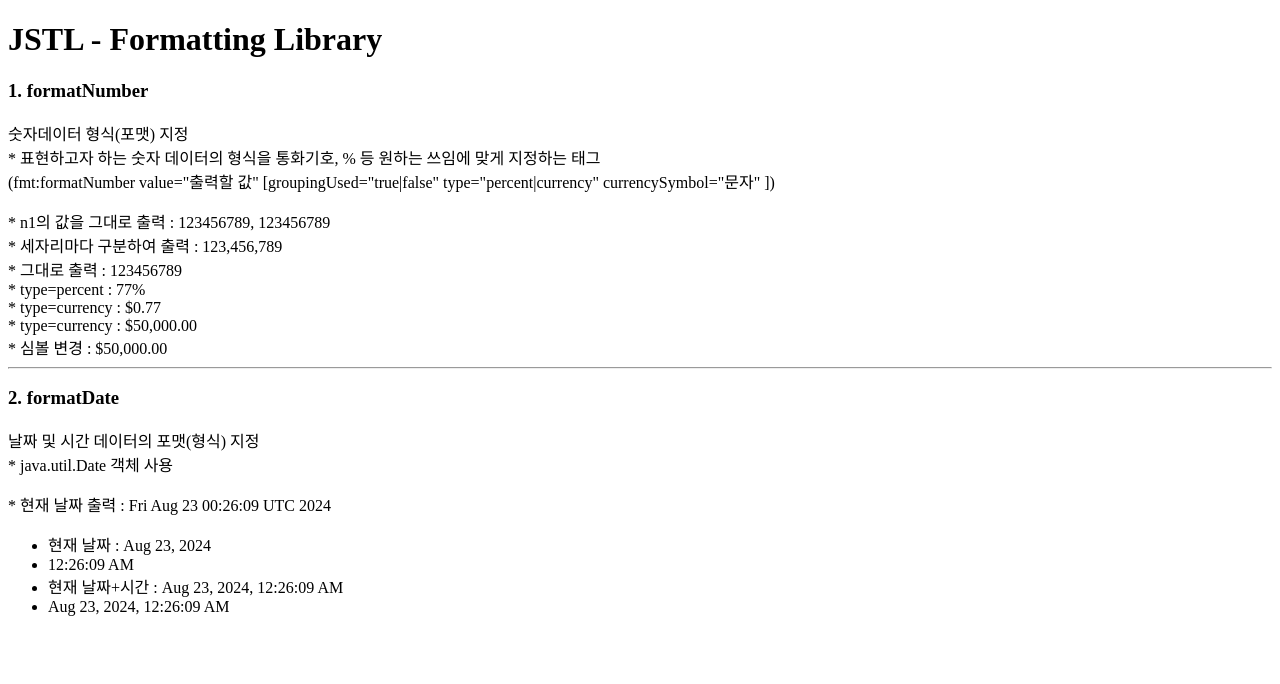
Repository: hailey-516/servlet
Page: http://localhost/3_elAction/views/3_Custom_Action/02_fmt.jsp
These files come from the project's save history. The page is drawn as it stood at one moment and after the next save; the edit follows.
The browser window is 1280 px wide. The pictures show the whole page.
The page is served by Tomcat 9. Other server files are loaded and not shown.

Above is the page before, as saved 2024-08-28 02:03:37.

### 3_elAction/src/main/webapp/views/3_Custom_Action/02_fmt.jsp
<%@ page language="java" contentType="text/html; charset=UTF-8"
    pageEncoding="UTF-8"%>
<%@ taglib prefix="c" uri="http://java.sun.com/jsp/jstl/core" %>
<%@ taglib prefix="fmt" uri="http://java.sun.com/jsp/jstl/fmt" %>
<!DOCTYPE html>
<html>
<head>
<meta charset="UTF-8">
<title>JSTL - fmt</title>
</head>
<body>
	<h1>JSTL - Formatting Library</h1>

	<h3>1. formatNumber</h3>
	<p>
		숫자데이터 형식(포맷) 지정 <br>
		* 표현하고자 하는 숫자 데이터의 형식을 통화기호, % 등 원하는 쓰임에 맞게 지정하는 태그 <br>

		(fmt:formatNumber value="출력할 값" [groupingUsed="true|false"
											type="percent|currency"
											currencySymbol="문자"
										])
	</p>

	<%-- n1, n2, n3 변수에 각각 123456789, 0.77, 50000이라는 값을 저장 --%>
	<c:set var="n1" value="123456789" />
	<c:set var="n2" value="0.77" />
	<c:set var="n3" value="50000" />

	* n1의 값을 그대로 출력 : <c:out value="${ n1 }" />, ${ n1 } <br>
	* 세자리마다 구분하여 출력 : <fmt:formatNumber value="${ n1 }" />
	<%-- groupingUsed 속성의 기본값: true --%> <br>
	* 그대로 출력 : <fmt:formatNumber value="${ n1 }" groupingUsed="false" /> <br>

	* type=percent : <fmt:formatNumber value="${ n2 }" type="percent" /> <br>
	* type=currency : <fmt:formatNumber value="${ n2 }" type="currency" /> <br>

	* type=currency : <fmt:formatNumber value="${ n3 }" type="currency" /> <br>
	* 심볼 변경 : <fmt:formatNumber value="${ n3 }" type="currency" currencySymbol="$" /> <br>

	<hr>

	<h3>2. formatDate</h3>
	<p>
		날짜 및 시간 데이터의 포맷(형식) 지정 <br>
		* java.util.Date 객체 사용
	</p>

	<%-- today라는 변수에 현재 날짜 데이터를 저장 --%>
	<c:set var="today" value="<%= new java.util.Date() %>" />

	* 현재 날짜 출력 : ${ today }<br>
	<ul>
		<li>
			현재 날짜 : <fmt:formatDate value="${ today }"/>
			<%-- type 속성 생략 시 날짜만 출력 --%>
		</li>
		<li>
			<fmt:formatDate value="${ today }" type="time" />
		</li>
		<li>
			현재 날짜+시간 : <fmt:formatDate value="${ today }" type="both" />
		</li>
		<li>
			<fmt:formatDate value="${ today }" type="both" dateStyle="medium" timeStyle="medium"/>
		</li>
	</ul>
</body>
</html>

After the next save:
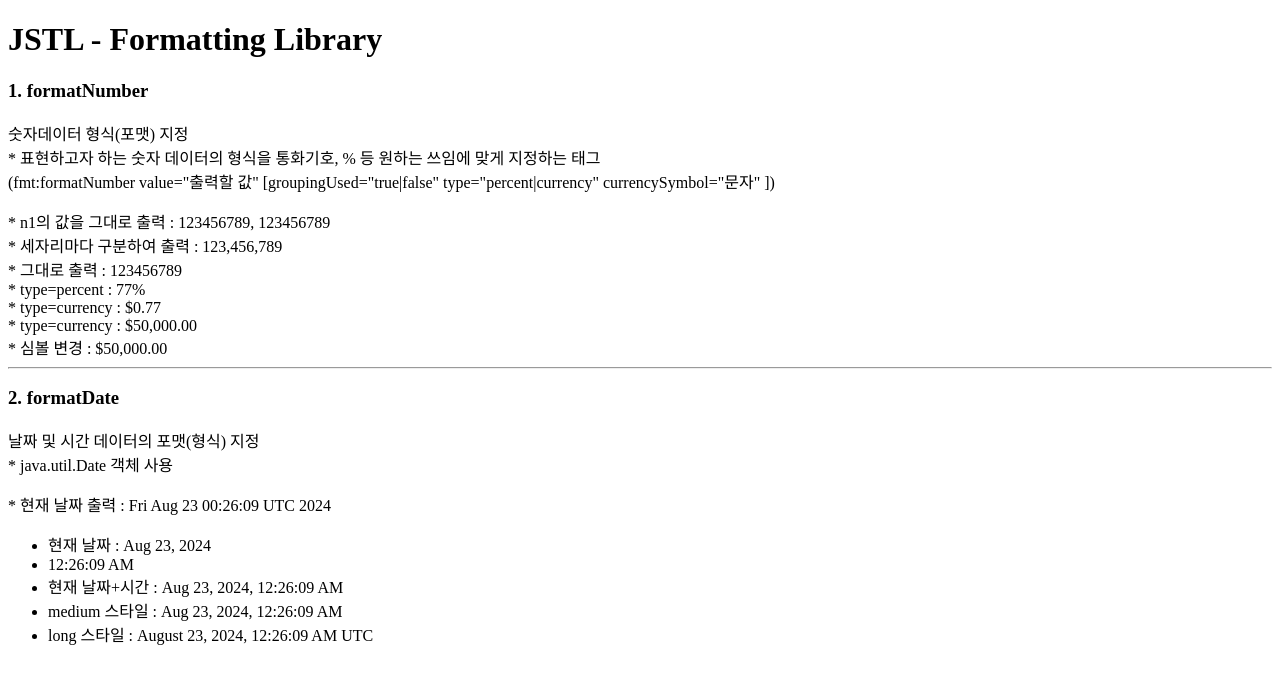
Saved 51 s later.
--- a/3_elAction/src/main/webapp/views/3_Custom_Action/02_fmt.jsp
+++ b/3_elAction/src/main/webapp/views/3_Custom_Action/02_fmt.jsp
@@ -62,7 +62,10 @@
 			현재 날짜+시간 : <fmt:formatDate value="${ today }" type="both" />
 		</li>
 		<li>
-			<fmt:formatDate value="${ today }" type="both" dateStyle="medium" timeStyle="medium"/>
+			medium 스타일 : <fmt:formatDate value="${ today }" type="both" dateStyle="medium" timeStyle="medium"/>
+		</li>
+		<li>
+			long 스타일 : <fmt:formatDate value="${ today }" type="both" dateStyle="long" timeStyle="long"/>
 		</li>
 	</ul>
 </body>
